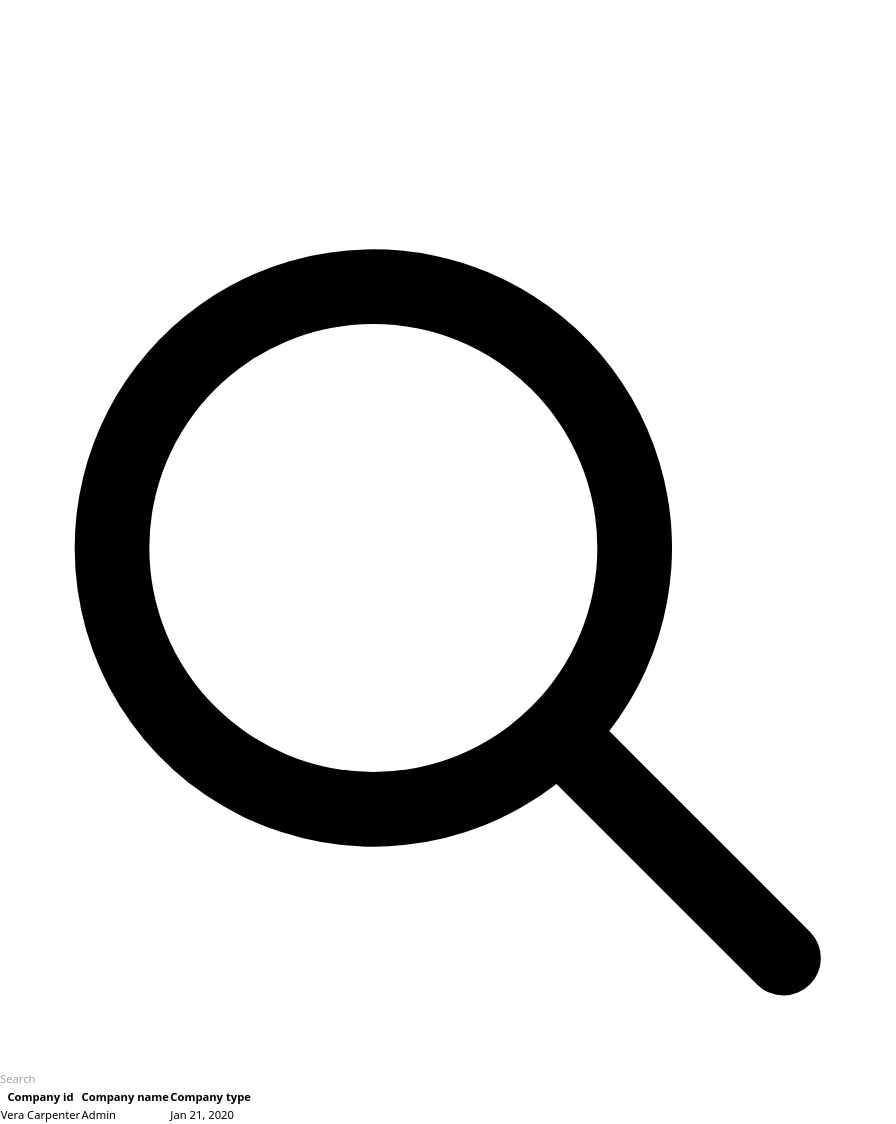
Repository: AlekJanevski/capcito
Page: /
An editor plug-in stored every save of this project. The page is shown before and after the next save, followed by the edit.
The browser window is 1280 px wide. The pictures show the part of the page from y = 1078 to 2998 px (the page is 2684 px tall before and 3988 px after), at 70% of full size.
The page's requests for data from a server got no answer. The project was rebuilt for these pictures with package versions that can differ from the ones it lists, and the page was loaded fresh each time. No one was signed in, and anything a server would have sent is missing.

Above is the page before, as saved 2021-02-10 19:57:47.

After the next save:
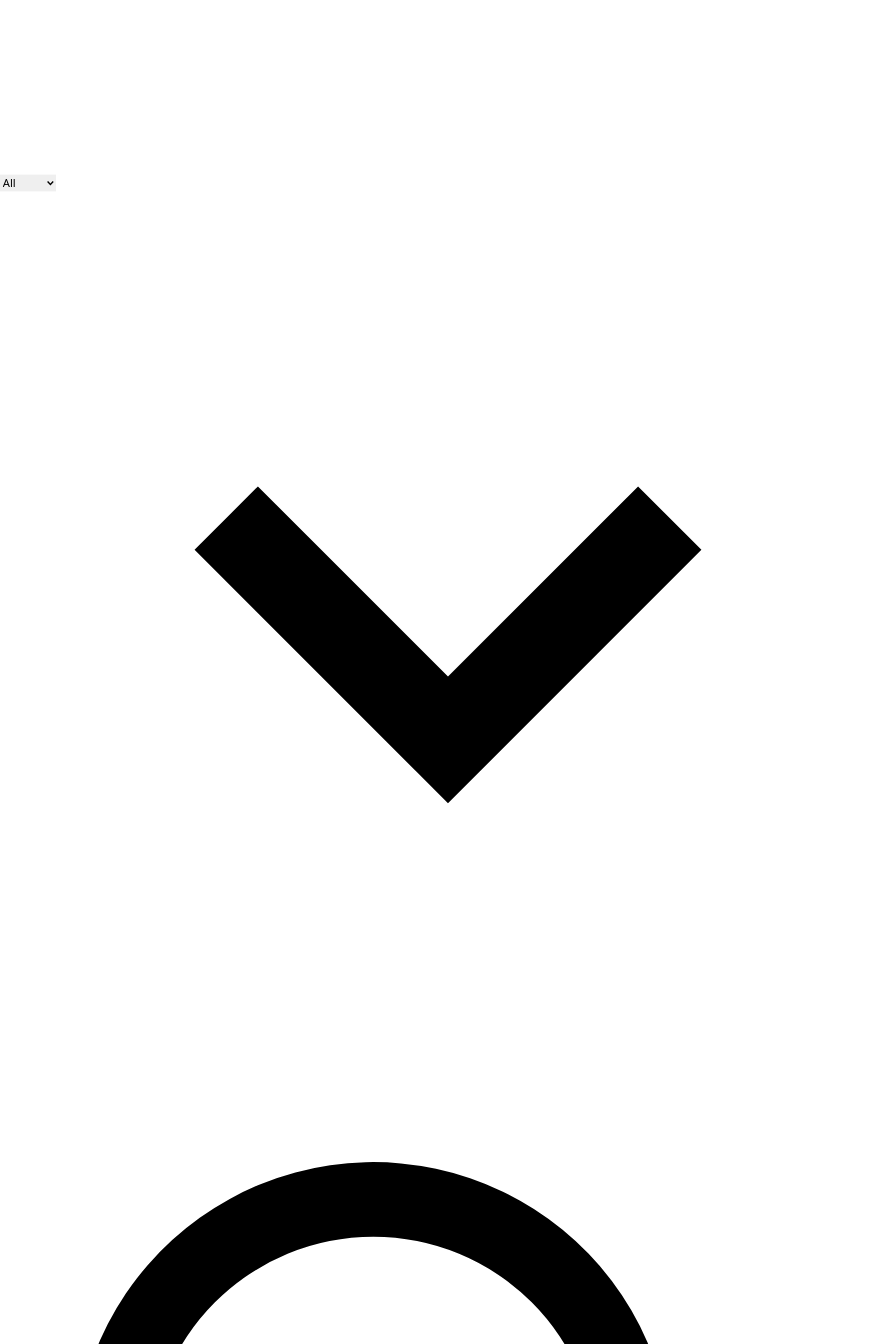
Saved 92 s later.
--- a/src/components/HelloWorld.vue
+++ b/src/components/HelloWorld.vue
@@ -30,6 +30,20 @@
 								class="pointer-events-none absolute inset-y-0 right-0 flex items-center px-2 text-gray-700">
 								<svg class="fill-current h-4 w-4" xmlns="http://www.w3.org/2000/svg" viewBox="0 0 20 20">
 									<path d="M9.293 12.95l.707.707L15.657 8l-1.414-1.414L10 10.828 5.757 6.586 4.343 8z" />
+								</svg>
+							</div>
+						</div>
+						<div class="relative">
+							<select
+								class="appearance-none h-full rounded-r border-t sm:rounded-r-none sm:border-r-0 border-r border-b block appearance-none w-full bg-white border-gray-400 text-gray-700 py-2 px-4 pr-8 leading-tight focus:outline-none focus:border-l focus:border-r focus:bg-white focus:border-gray-500">
+								<option>All</option>
+								<option>Active</option>
+								<option>Inactive</option>
+							</select>
+							<div
+								class="pointer-events-none absolute inset-y-0 right-0 flex items-center px-2 text-gray-700">
+								<svg class="fill-current h-4 w-4" xmlns="http://www.w3.org/2000/svg" viewBox="0 0 20 20">
+										<path d="M9.293 12.95l.707.707L15.657 8l-1.414-1.414L10 10.828 5.757 6.586 4.343 8z" />
 								</svg>
 							</div>
 						</div>
